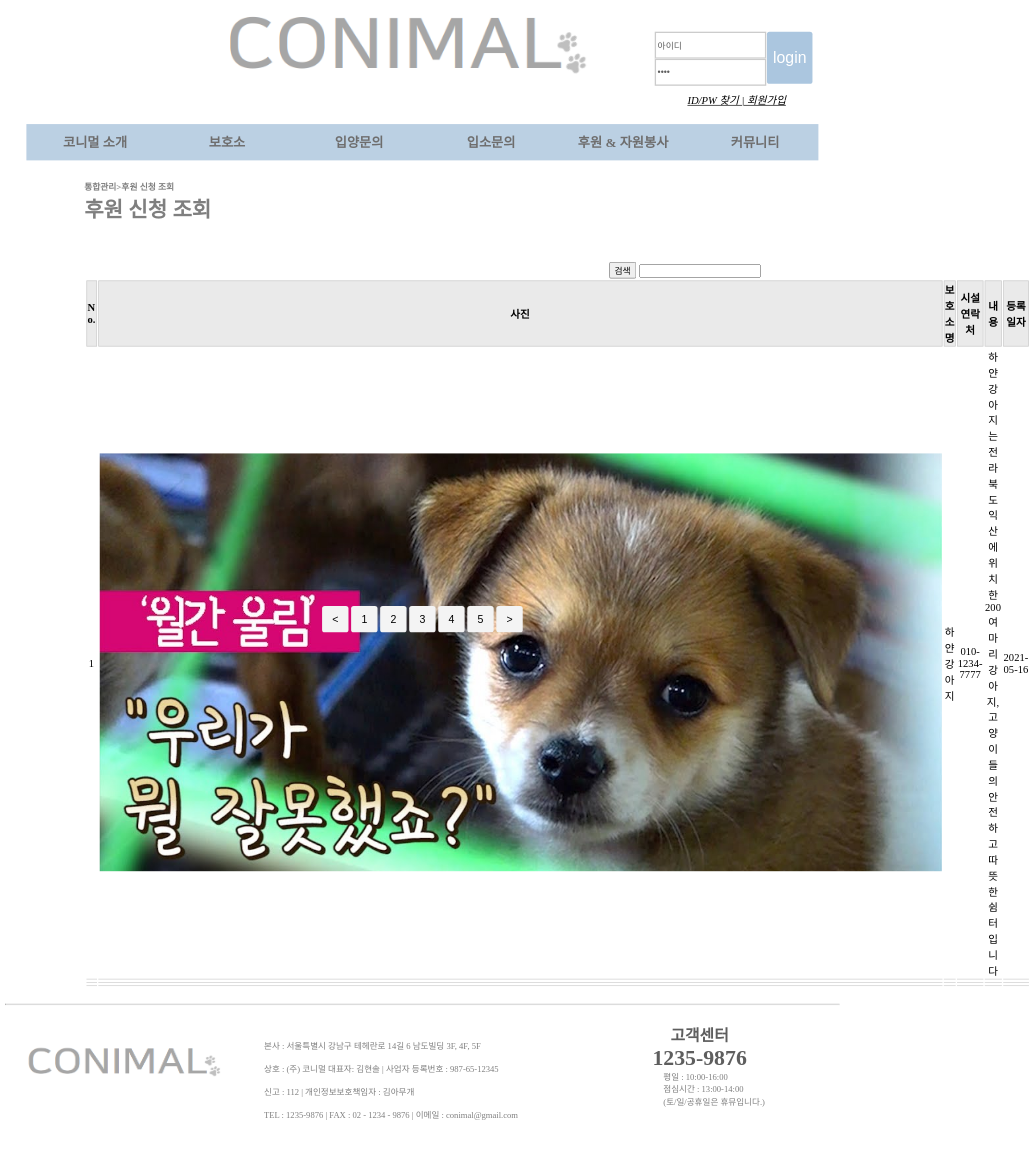
Repository: rlagusthf12/SemiProject
Page: http://localhost/jspProject/views/support/support.jsp
An editor plug-in stored every save of this project. The page is shown before and after the next save, followed by the edit.
The browser window is 1280 px wide. The page is 1562 px wide, then 1280 px, so the pictures cover 1562 px, including what lies to the right of the window. The pictures show the whole page, at 66% of full size.
The page is served by Tomcat 9.

Above is the page before, as saved 2021-05-18 10:20:28.

After the next save:
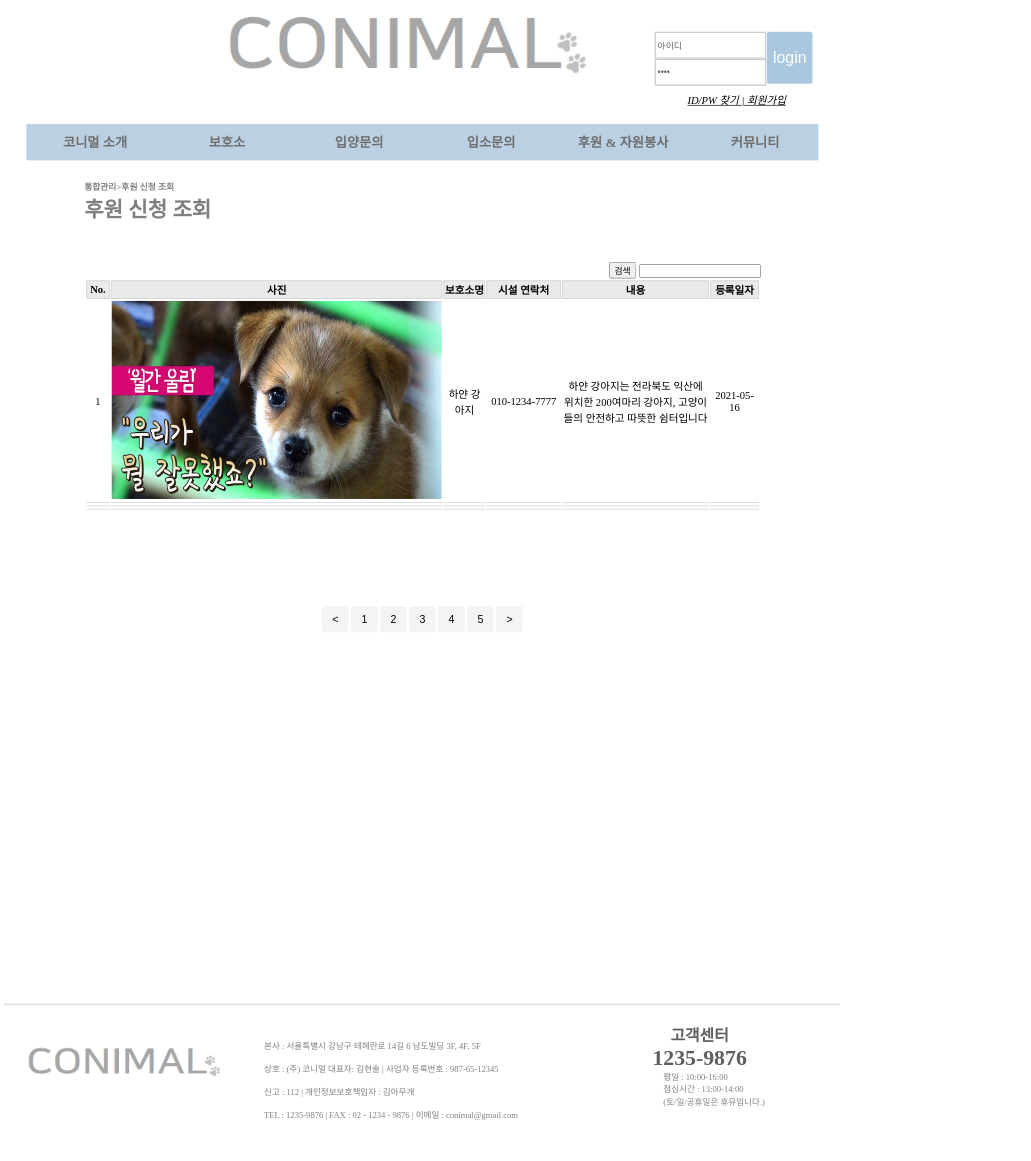
Saved 32 s later.
--- a/jspProject/WebContent/views/support/support.jsp
+++ b/jspProject/WebContent/views/support/support.jsp
@@ -102,7 +102,7 @@
             <tbody>
                  <tr>
 		                 <td>1</td>
-		                 <td><img src="resources/images/slide.png" ></td>
+		                 <td><img src="resources/images/slide.png" width="500px" height="300px" ></td>
 		                 <td>하얀 강아지</td>
 		                 <td>010-1234-7777</td>
 		                 <td>하얀 강아지는 전라북도 익산에 위치한 200여마리 강아지, 고양이들의 안전하고 따뜻한 쉼터입니다</td>
